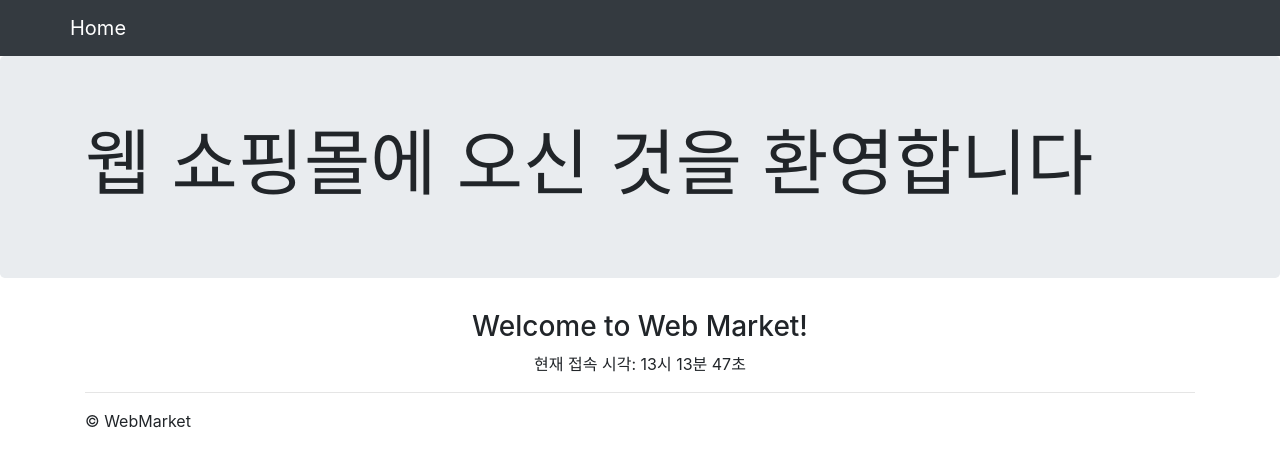
Repository: CheolHo-0428/JSP-Web-Programming
Page: http://localhost/WebMarket/welcome.jsp
The author's editor kept a copy of each file at every save. The page is drawn from the files as they stood at one save, then again after the next save.
The browser window is 1280 px wide. The pictures show the whole page.
The page is served by Tomcat 9. Other server files are loaded and not shown.

Above is the page before, as saved 2021-05-08 06:55:11.

### WebMarket/src/main/webapp/welcome.jsp
<%@ page language="java" contentType="text/html; charset=UTF-8"
    pageEncoding="UTF-8"%>
<%@ page import="java.util.Date" %>
<!DOCTYPE html>
<html>
<head>
<meta charset="UTF-8">
<title>Welcome</title>
</head>
<!-- Bootstrap CSS -->
    <link href="https://maxcdn.bootstrapcdn.com/bootstrap/4.0.0/css/bootstrap.min.css"
    	rel="stylesheet">
<body>
	<nav class="navbar navbar-expand navbar-dark bg-dark">
		<div class="container">
			<div class = "navbar-header">
				<a class = "navbar-brand" href="./welcome.jsp">Home</a>
			</div>
		</div>
	</nav>
	<%
		String greeting = "웹 쇼핑몰에 오신 것을 환영합니다";
		String tagline = "Welcome to Web Market!";
	%>
	<div class = "jumbotron">
		<div class = "container">
			<h1 class = "display-3">
					<%= greeting %>
			</h1>
		</div>
	</div>
	<div class = "container">
		<div class = "text-center">
			<h3><%= tagline %></h3>
			<p>
				<%
					Date day = new Date();
					String am_pm;
					int hour = day.getHours();
					int minute = day.getHours();
					int second = day.getSeconds();
					if(hour == 12){
						am_pm = "AM";
					} else {
						am_pm = "PM";
					}

					String CT = hour + "시 " + minute + "분 " + second + "초";

					out.println("현재 접속 시각: " + CT +"\n");
				%>
			</p>
		</div>
		<hr>
	</div>
	<footer class = "container">
		<p>&copy; WebMarket</p>
	</footer>

</body>
</html>

After the next save:
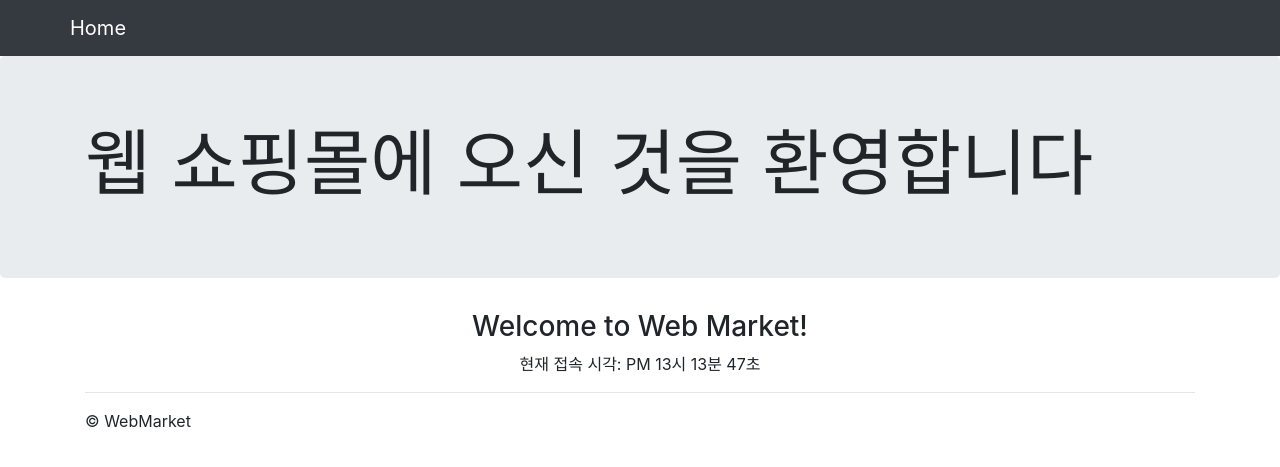
Saved 31 s later.
--- a/WebMarket/src/main/webapp/welcome.jsp
+++ b/WebMarket/src/main/webapp/welcome.jsp
@@ -45,7 +45,7 @@
 						am_pm = "PM";
 					}
 
-					String CT = hour + "시 " + minute + "분 " + second + "초";
+					String CT = am_pm + " " + hour + "시 " + minute + "분 " + second + "초";
 
 					out.println("현재 접속 시각: " + CT +"\n");
 				%>
